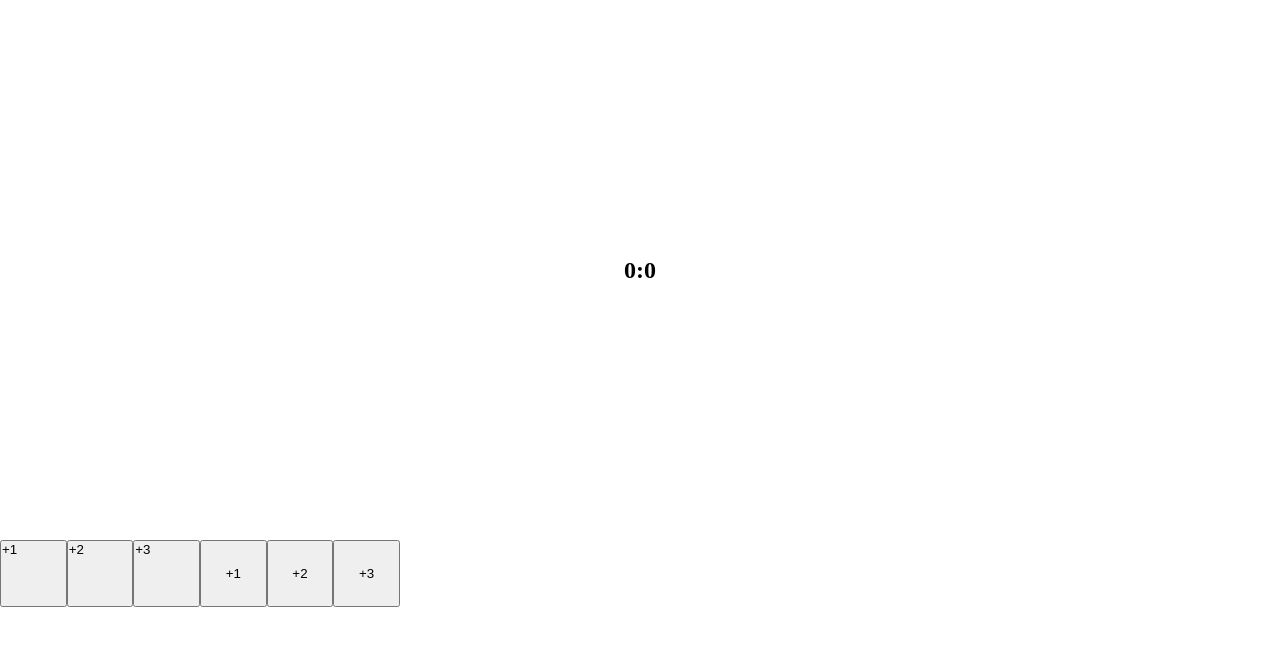
Repository: bollo89/scoreBoard
Page: index.html
An editor plug-in stored every save of this project. The page is shown before and after the next save, followed by the edit.
The browser window is 1280 px wide. The pictures show the whole page.

Above is the page before, as saved 2022-01-21 11:56:45.

After the next save:
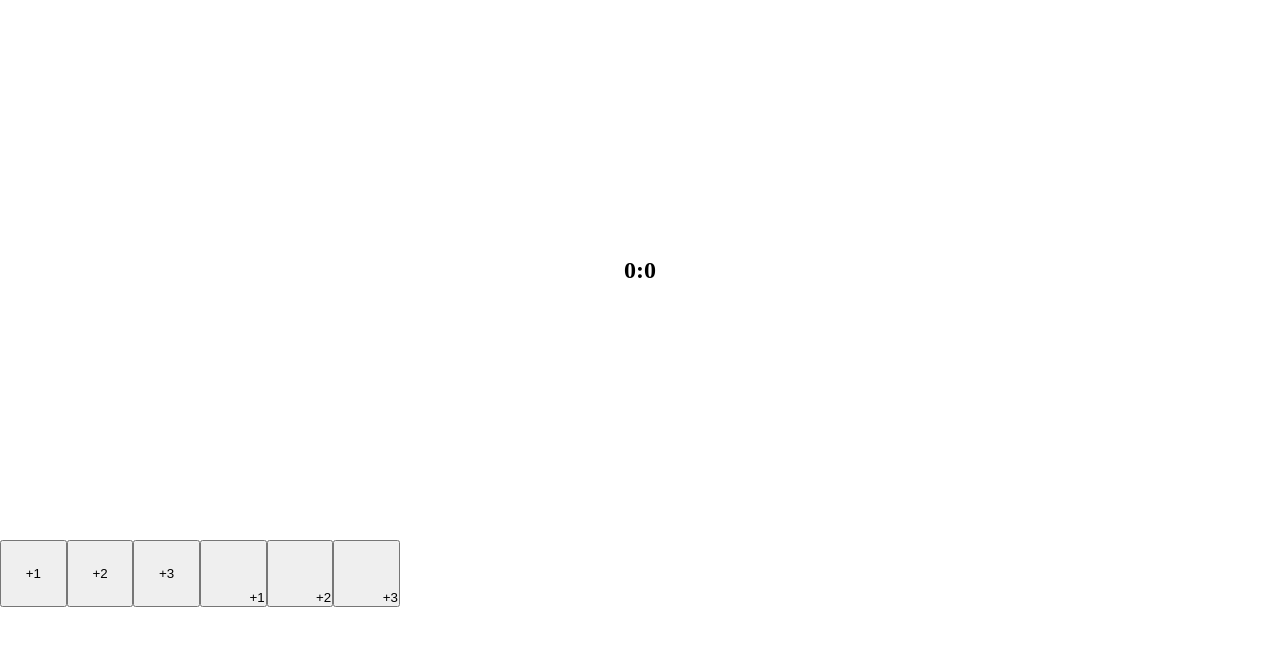
Saved 7 s later.
--- a/style.css
+++ b/style.css
@@ -21,14 +21,14 @@ body {
 .btn1h , .btn2h , .btn3h {
     height: 5em;
     width: 5em;
-display: flex;
+
     align-items: flex-start;
     justify-content: flex-start;
 }
 .btn1a , .btn2a , .btn3a {
     height: 5em;
     width: 5em;
-
+    display: flex;
     align-items: flex-end;
     justify-content: flex-end;
 }
